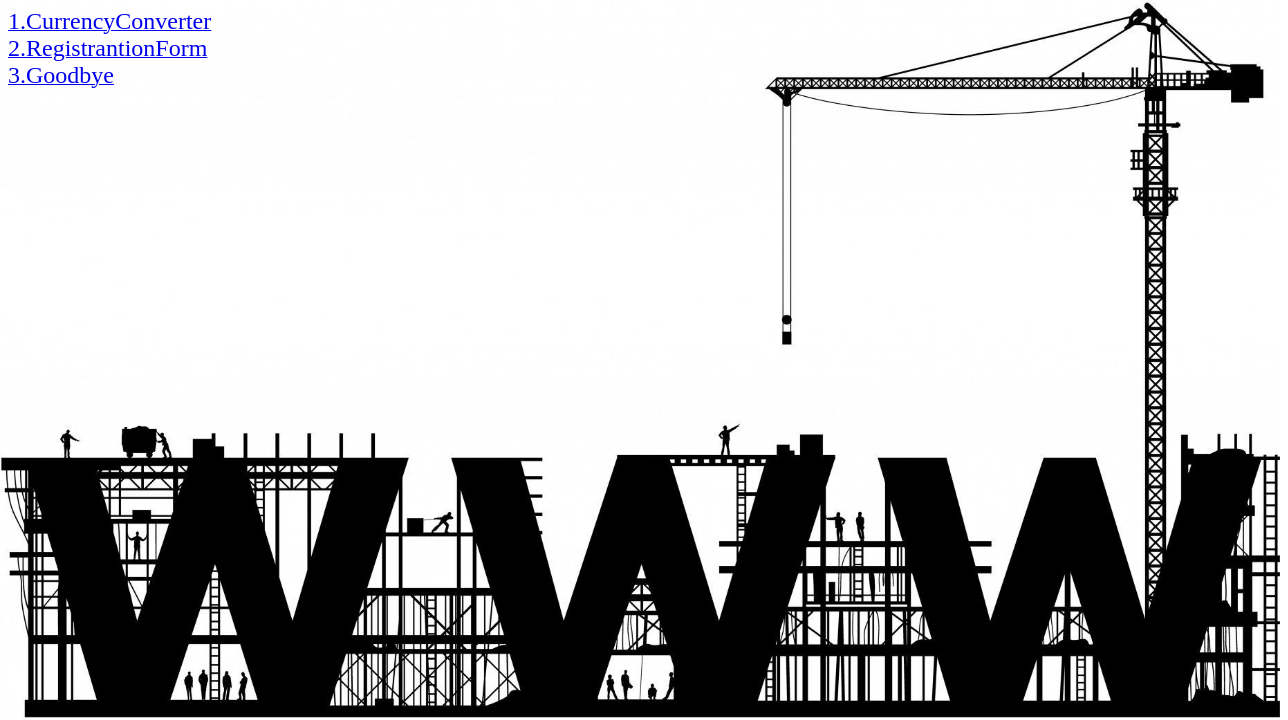
Repository: AJEET006/AdvanceJava-DSA
Page: ADVANCE_JAVA/HW_Example/WebContent/Firstpage.html
An editor plug-in stored every save of this project. The page is shown before and after the next save, followed by the edit.
The browser window is 1280 px wide. The page is 1288 px wide, so the pictures cover 1288 px, including what lies to the right of the window. The pictures show the whole page.

Above is the page before, as saved 2022-06-22 03:34:41.

After the next save:
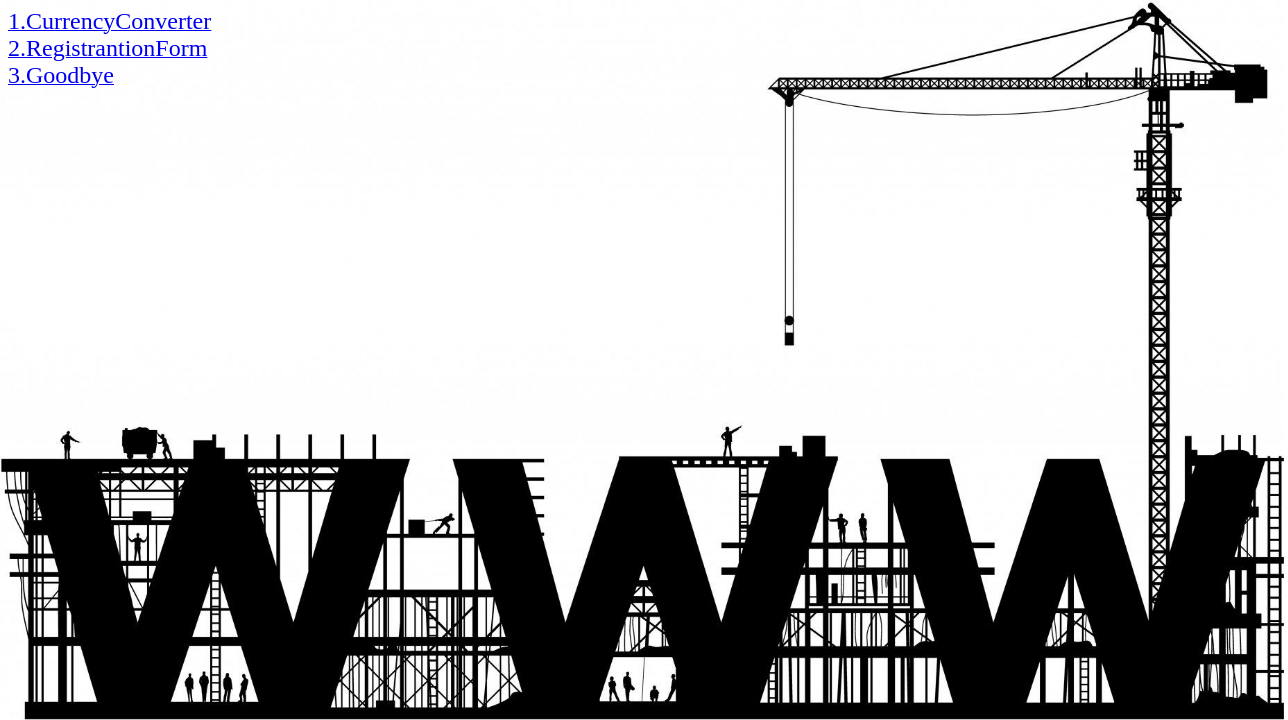
Saved 4 min 17 s later.
--- a/ADVANCE_JAVA/HW_Example/WebContent/Firstpage.html
+++ b/ADVANCE_JAVA/HW_Example/WebContent/Firstpage.html
@@ -1,7 +1,8 @@
-<!DOCTYPE html>
+
 <html>
+
 <head>
-<title>Welcome Home</title>
+
 <style>
 body {
 	background-image: url("./home6.jpg");
@@ -11,6 +12,7 @@ body {
 	background-size: cover;
 }
 </style>
+<title>Welcome Home</title>
 </head>
 
 
